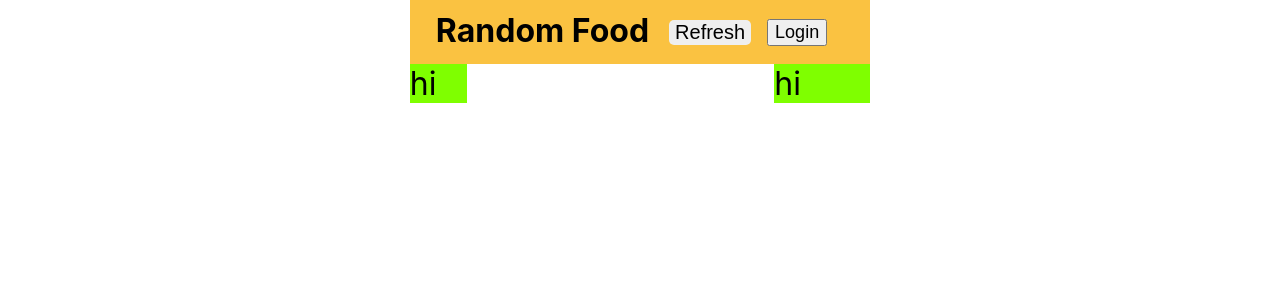
Repository: limjoohyun2030/random-food
Page: /random-food/home
An editor plug-in stored every save of this project. The page is shown before and after the next save, followed by the edit.
The browser window is 1280 px wide. The pictures show the whole page.
The page's requests for data from a server got no answer. The project was rebuilt for these pictures with package versions that can differ from the ones it lists, and the page was loaded fresh each time. A package was used in the major version that the imports need, not the one package.json lists. No one was signed in, and anything a server would have sent is missing. Also part of the build but not shown: src/components/food_detail/food_detail.module.css, src/components/food_detail/food_detail.jsx, src/components/food_item/food_item.module.css, src/components/food_item/food_item.jsx, src/components/login/login.module.css, src/components/login/login.jsx.

Above is the page before, as saved 2021-11-11 02:23:53.

### public/index.html
<!DOCTYPE html>
<html lang="en">
  <head>
    <meta charset="utf-8" />
    <link rel="icon" href="/images/foodIcon.ico" />
    <meta name="viewport" content="width=device-width, initial-scale=1" />
    <meta name="theme-color" content="#000000" />
    <meta
      name="description"
      content="Web site created using create-react-app"
    />

    <title>Random Food</title>
  </head>
  <body>
    <noscript>You need to enable JavaScript to run this app.</noscript>
    <div id="root"></div>
  </body>
</html>

### src/index.js
import React from "react";
import ReactDOM from "react-dom";
import "./index.css";
import App from "./app";
import AuthService from "./service/auth_service";

const authService = new AuthService();

ReactDOM.render(
  <React.StrictMode>
    <App authService={authService} />
  </React.StrictMode>,
  document.getElementById("root")
);

### src/index.css
body {
  margin: 0;
  padding: 0;
  font-family: -apple-system, BlinkMacSystemFont, "Segoe UI", "Roboto", "Oxygen",
    "Ubuntu", "Cantarell", "Fira Sans", "Droid Sans", "Helvetica Neue",
    sans-serif;
  -webkit-font-smoothing: antialiased;
  -moz-osx-font-smoothing: grayscale;
}

code {
  font-family: source-code-pro, Menlo, Monaco, Consolas, "Courier New",
    monospace;
}

* {
  box-sizing: border-box;
}

#root {
  display: flex;
  justify-content: center;
}

### src/app.jsx
import { useEffect, useState, useRef } from "react";
import { BrowserRouter, Route, Switch } from "react-router-dom";
import styles from "./app.module.css";
import FoodDetail from "./components/food_detail/food_detail";
import FoodList from "./components/food_list/food_list";
import Header from "./components/header/header";
import Login from "./components/login/login";


function App({ authService }) {
  const ref = useRef();
  const [foods, setFoods] = useState([]);
  const [isSelectedFood, setIsSelectedFood] = useState();
  const [isFoodOpen, setIsFoodOpen] = useState(false);
  const [isRefresh, setIsRefresh] = useState(false);

  const selectFood = (food) => {
    setIsSelectedFood(food);
  };

  const onRefreshClick = () => {
    setIsRefresh((oldstate) => !oldstate);
  };

  useEffect(() => {
    const myHeaders = new Headers();
    myHeaders.append("Content-Type", "application/json");

    const requestOptions = {
      method: "GET",
      headers: myHeaders,
      redirect: "follow",
    };

    fetch(
      "https://api.spoonacular.com/recipes/random?number=4&apiKey=92cedfb0b9e844679738e6c6c90cd453",
      requestOptions
    )
      .then((response) => response.json())
      .then((result) => setFoods(result.recipes))
      .catch((error) => console.log("error", error));
  }, [isRefresh]);

  useEffect(() => {
    const checkIfClickedOutside = (e) => {
      if (isFoodOpen && ref.current && !ref.current.contains(e.target)) {
        setIsFoodOpen(false);
      }
    };

    document.addEventListener("mousedown", checkIfClickedOutside);

    return () => {
      document.removeEventListener("mousedown", checkIfClickedOutside);
    };
  }, [isFoodOpen]);

  return (
    <div className={styles.app}>
      <BrowserRouter>
        <Switch>
          <Route
            exact
            path="/random-food/"
            render={() => <Login authService={authService} />}
          />

          <Route
            path="/random-food/home"
            render={() => (
              <div>
                <Header onRefreshClick={onRefreshClick} />
                <section>
                  <div className={styles.detail}>
                    {isFoodOpen && <FoodDetail food={isSelectedFood} />}
                  </div>

                  <div
                    className={styles.list}
                    onClick={() => setIsFoodOpen((oldstate) => !oldstate)}
                  >
                    <FoodList
                      foods={foods}
                      onFoodClick={selectFood}
                      ref={ref}
                    />
                  </div>
                </section>
              </div>
            )}
          />
          <Route path="*">
            <h2>Page Not Found</h2>
          </Route>
        </Switch>
      </BrowserRouter>
    </div>
  );
}

export default App;

### src/service/auth_service.js
import firebase from "firebase";
import firebaseApp from "./firebase";

class AuthService {
  login() {
    const authProvider = new firebase.auth.GoogleAuthProvider();
    return firebaseApp.auth().signInWithPopup(authProvider);
  }
}

export default AuthService;

### src/app.module.css
/* @value makerLightOrange from './common/colors.css'; */

.app {
  max-width: 100rem;
  /* background-image: url("https://image.freepik.com/free-photo/spaghetti-with-spicy-mixed-seafood-dark-background_1150-45297.jpg"); */
  background-repeat: no-repeat;
  background-size: 100vw 100vh;
}

.content {
  position: relative;
}

.detail {
  z-index: 2;
  /* margin: auto 0; */
  margin-top: 5px;
  height: 520px;
  width: auto;
  position: absolute;
  background-color: #dfe08e;
}

.list {
  /* visibility: hidden; */
  z-index: 1;
}

### src/components/food_list/food_list.jsx
import React from "react";
import FoodItem from "../food_item/food_item";
import styles from "./food_list.module.css";

const FoodList = React.forwardRef(({ foods, onFoodClick }, ref) => {
  return (
    <section className={styles.foodBox}>
      <div className={styles.sidebarLeft}>hi</div>
      <ul className={styles.foods}>
        {foods &&
          foods.map((food) => (
            <FoodItem
              key={food.id}
              food={food}
              onFoodClick={onFoodClick}
              ref={ref}
            />
          ))}
      </ul>
      <div className={styles.sidebarRight}>hi</div>
    </section>
  );
});

export default FoodList;

### src/components/header/header.jsx
import styles from "./header.module.css";
import React from "react";

const Header = ({ onRefreshClick }) => {
  return (
    <header className={styles.header}>
      <div className={styles.leftbox}>
        {/* <img
          className={styles.foodIcon}
          src="https://github.com/Sweetpotatopizza/random-food/blob/main/public/images/reloadIcon.png"
          alt="logo"
        /> */}
        <h1 className={styles.title}>Random Food</h1>
        <button className={styles.reloadBox} onClick={onRefreshClick}>
          Refresh
          {/* <img
            className={styles.reloadBtn}
            src="/images/reload.png"
            alt="reload"
          /> */}
        </button>
      </div>
      {/* fontawesome needed */}
      <div className={styles.rightbox}>
        {/* <button className={styles.like}>Like</button> */}
        <button className={styles.login}>Login</button>
      </div>
    </header>
  );
};

export default Header;

### src/service/firebase.js
// Import the functions you need from the SDKs you need
// import { initializeApp } from "firebase/app";
import firebase from "firebase";

// TODO: Add SDKs for Firebase products that you want to use
// https://firebase.google.com/docs/web/setup#available-libraries

// Your web app's Firebase configuration
// For Firebase JS SDK v7.20.0 and later, measurementId is optional
const firebaseConfig = {
  apiKey: process.env.REACT_APP_FIREBASE_API_KEY,
  authDomain: process.env.REACT_APP_FIREBASE_AUTH_DOMAIN,
  databaseURL: process.env.REACT_APP_FIREBASE_DB_URL,
  projectId: process.env.REACT_APP_FIREBASE_PROJECT_ID,
  appId: process.env.REACT_APP_FIREBASE_APP_ID,
};

// console.log(process.env.REACT_APP_FIREBASE_API_KEY);
// Initialize Firebase
const firebaseApp = firebase.initializeApp(firebaseConfig);
export default firebaseApp;

### src/components/food_list/food_list.module.css
.foodBox {
  display: flex;
}

.foods {
  display: flex;
  flex-wrap: wrap;
  list-style: none;
  justify-content: center;
  align-items: center;
  width: 80%;
  margin: 1em auto;
  padding: 0;
}

.sidebarLeft {
  background-color: chartreuse;
  font-size: 2em;
  width: 15%;
}

.sidebarRight {
  background-color: chartreuse;
  font-size: 2em;
  width: 25%;
}

@media screen and (max-width: 769px) {
  .foods {
    flex-direction: column;
    flex-wrap: nowrap;
    width: 100%;
  }
}

### src/components/header/header.module.css
/* @value makerOrange from '../../common/colors.css'; */

.header {
  display: flex;
  height: 4rem;
  padding: 0.8em 1em;
  background-color: #fac241;
  align-items: center;
  justify-content: space-between;
}

.leftbox {
  display: flex;
  align-items: center;
  margin-right: 1em;
}

.title {
  margin-top: 19px;
  margin-left: 10px;
}

.foodIcon {
  width: 50px;
  height: 50px;
}

.reloadBox {
  font-size: 20px;
  border-radius: 5px;
  border: none;
  margin-left: 1em;
  transition: transform 200ms ease-in-out;
}

.reloadBox:hover {
  cursor: pointer;
  transform: scale(1.07);
}

.reloadBtn {
  width: 40px;
  height: 40px;
}

.reloadBtn:hover {
  cursor: pointer;
  animation-name: spin;
  animation-duration: 2000ms;
  animation-iteration-count: infinite;
  animation-timing-function: linear;
}

@keyframes spin {
  from {
    transform: rotate(0deg);
  }
  to {
    transform: rotate(360deg);
  }
}

.like {
  margin-right: 1.5em;
  font-size: large;
  cursor: pointer;
  transition: transform 200ms ease-in-out;
}

.like:hover {
  transform: scale(1.07);
}

.login {
  margin-right: 1.5em;
  font-size: large;
  cursor: pointer;
  transition: transform 200ms ease-in-out;
}

.login:hover {
  transform: scale(1.07);
}

After the next save:
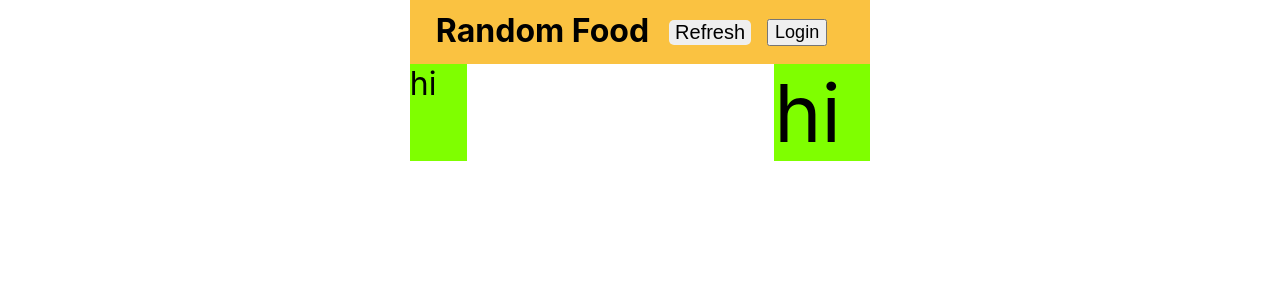
Saved 10 s later.
--- a/src/components/food_list/food_list.module.css
+++ b/src/components/food_list/food_list.module.css
@@ -21,7 +21,7 @@
 
 .sidebarRight {
   background-color: chartreuse;
-  font-size: 2em;
+  font-size: 5em;
   width: 25%;
 }
 
